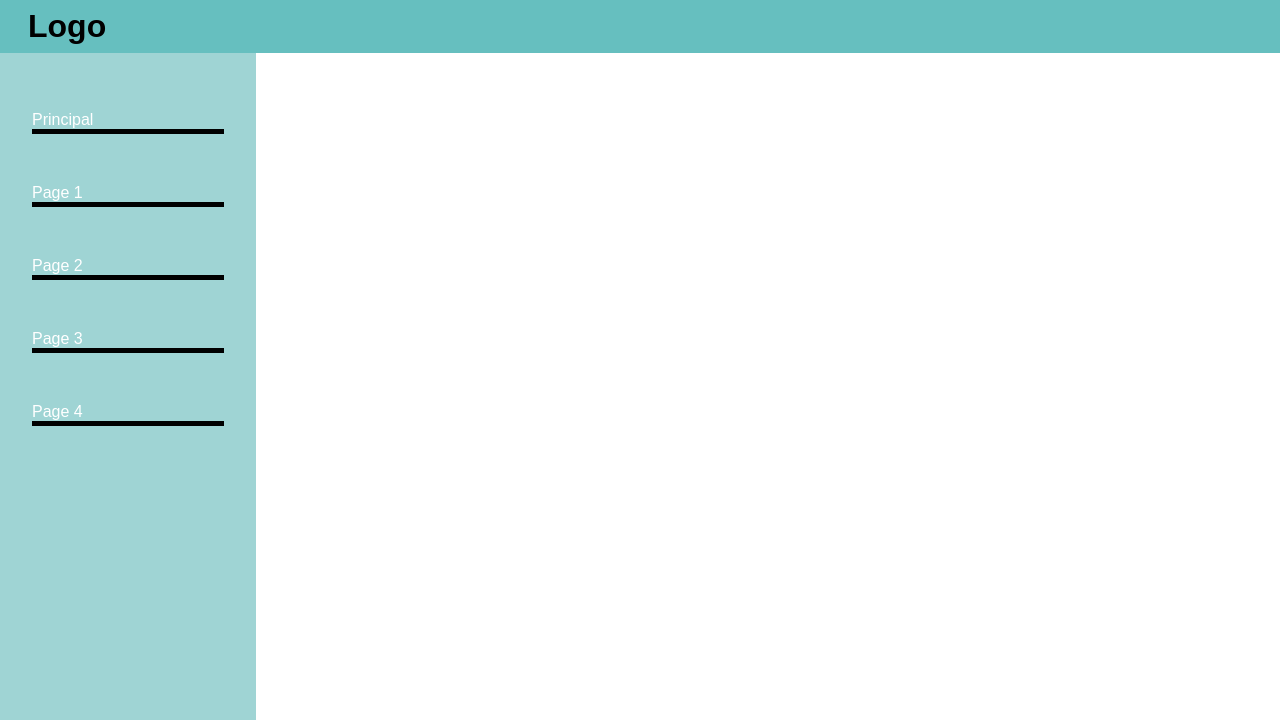
Repository: mateus-henrique-silva/Dashboard-pixel-facebook-react
Page: / (app in dashboard-pixel/)
These files come from the project's save history. The page is drawn as it stood at one moment and after the next save; the edit follows.
The browser window is 1280 px wide. The pictures show the whole page.
The project was rebuilt for these pictures with package versions that can differ from the ones it lists, and the page was loaded fresh each time.

Above is the page before, as saved 2022-07-07 17:53:22.

### dashboard-pixel/src/index.js
import React from "react";
import ReactDOM from "react-dom/client";

import App from "./App";
import reportWebVitals from "./reportWebVitals";

const root = ReactDOM.createRoot(document.getElementById("root"));
root.render(
  <React.StrictMode>
    <App />
  </React.StrictMode>
);

reportWebVitals();

### dashboard-pixel/src/App.jsx
import React from "react";
import Main from "./Components/MainPage/Main";



function App() {
  return (
    <div >
        <Main/>


    </div>
  );
}

export default App;

### dashboard-pixel/src/Components/MainPage/Main.jsx
import React from 'react'
import './Main.css'
import Header from '../Header/Header'
import SideBar from "../SideBar/SideBar"

const Main = () => {
  return (
    <div className="Main">
        <Header/>
        <SideBar/>
    </div>
  )
}

export default Main

### dashboard-pixel/src/Components/MainPage/Main.css
* {
  border: 0;
  margin: 0;
  font-family: sans-serif;
  overflow-y: hidden;
}

.Main {
  width: 100%;
  height: 100vh;
}
.startHeader{
    width: 100%;
    display: flex;
    justify-content: center;
}

### dashboard-pixel/src/Components/Header/Header.jsx
import React from 'react'
import "./Header.css"

const Header = () => {
  return (
    <div className="startHeader">

        <div className="Header">
            <h1>Logo</h1>
        </div>

    </div>
  )
}

export default Header

### dashboard-pixel/src/Components/SideBar/SideBar.jsx
import React from "react";
import "./SideBar.css";

const SideBar = () => {
  return (
    <div>
      <div className="div-sidebar">
        <div className="Menu-tag">
          <div><a href="#">Principal</a></div>
          <div><a href="#">Page 1</a></div>
          <div><a href="#">Page 2</a></div>
          <div><a href="#">Page 3</a></div>
          <div><a href="#">Page 4</a></div>
        </div>
      </div>
    </div>
  );
};

export default SideBar;

### dashboard-pixel/src/Components/Header/Header.css
.Header{
    width: 99vw;
    padding: 0.5em 0.5em ;
    background-color:#66BFBF;
    display:flex;
    align-items:center;




}

.Header h1{
    margin-left: 20px;
}

### dashboard-pixel/src/Components/SideBar/SideBar.css
.div-sidebar {
  height: 100vh;
  width: 20vw;
  background-color: #9fd4d4;
  display: grid;
}

.Menu-tag {
  height: 100%;
  padding: 0.5em 2em;
}

.Menu-tag div {
  margin-top:50px;
  border-bottom: 5px solid ;}

.Menu-tag div a {
    text-decoration: none;
    color:white;
  }

Loaded but not shown: dashboard-pixel/public/index.html (common file); dashboard-pixel/src/reportWebVitals.js (common file)

After the next save:
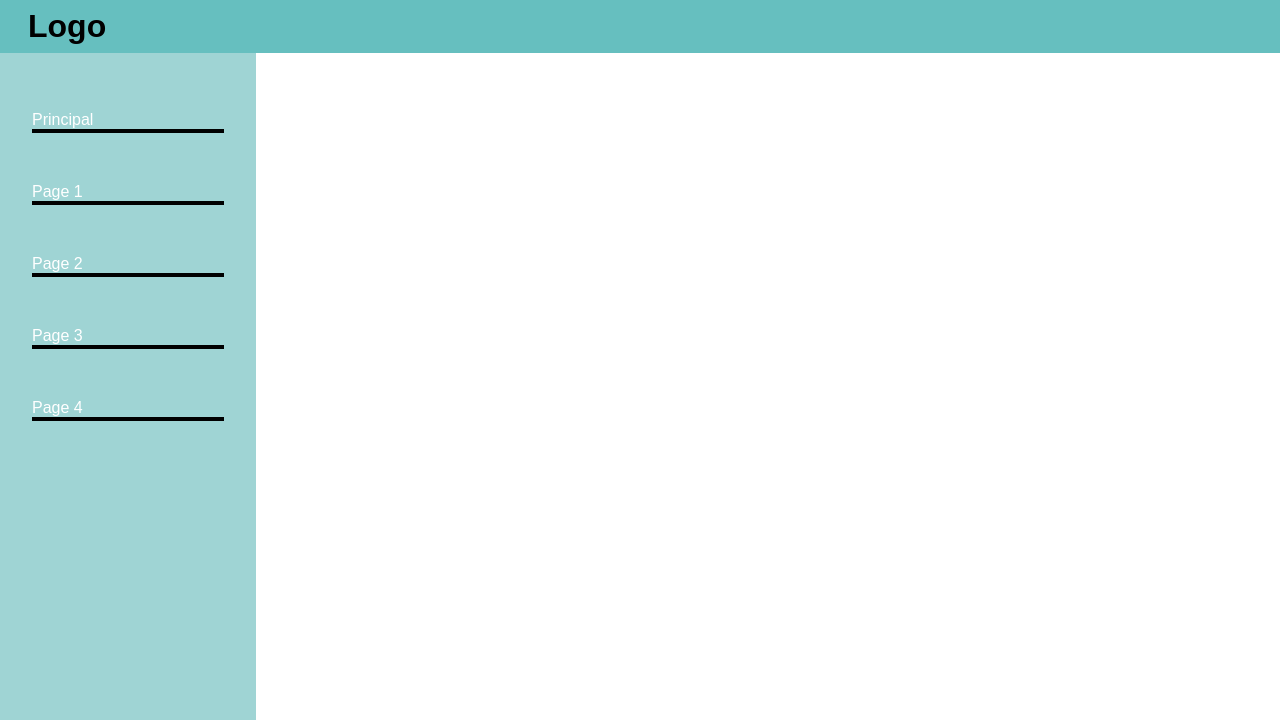
Saved 6 s later.
--- a/dashboard-pixel/src/Components/SideBar/SideBar.css
+++ b/dashboard-pixel/src/Components/SideBar/SideBar.css
@@ -12,7 +12,7 @@
 
 .Menu-tag div {
   margin-top:50px;
-  border-bottom: 5px solid ;}
+  border-bottom: 4px solid ;}
 
 .Menu-tag div a {
     text-decoration: none;
